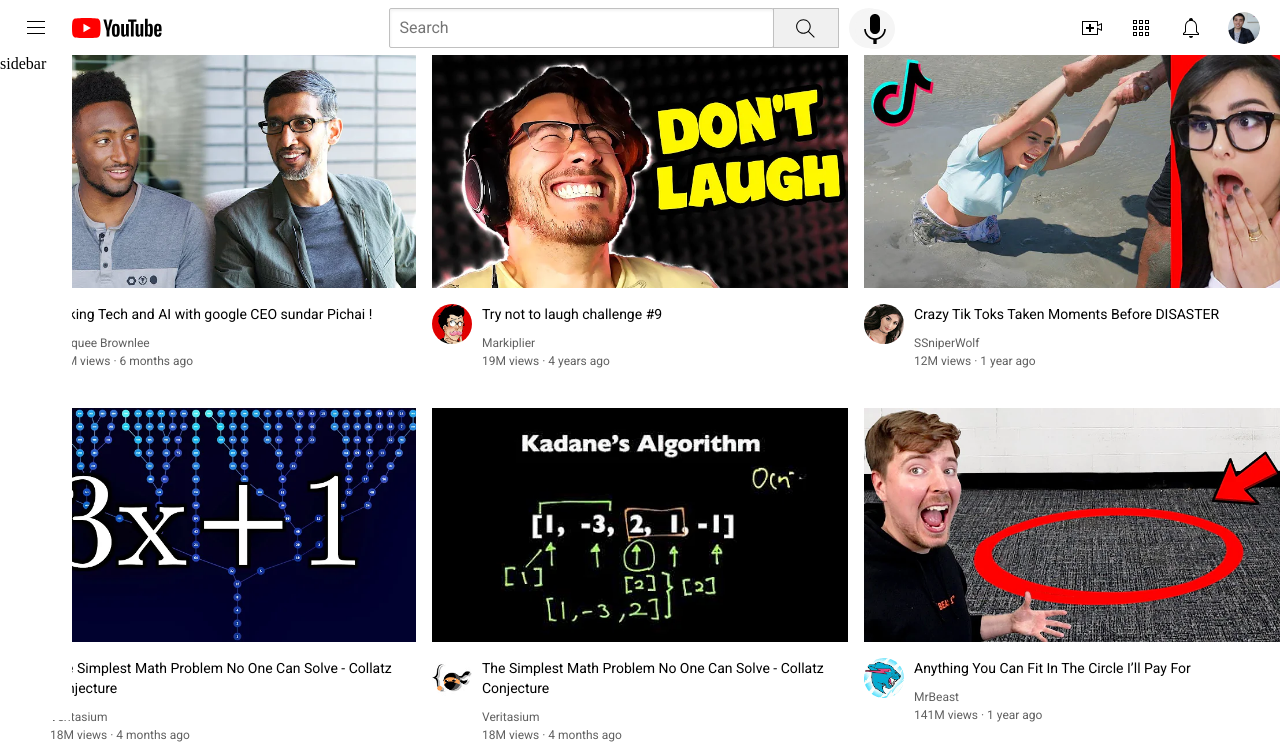
Repository: knowledgeAlan/html-css-fourteen
Page: youtube.html
These files come from the project's save history. The page is drawn as it stood at one moment and after the next save; the edit follows.
The browser window is 1280 px wide. The pictures show the whole page.

Above is the page before, as saved 2024-04-08 18:11:23.

After the next save:
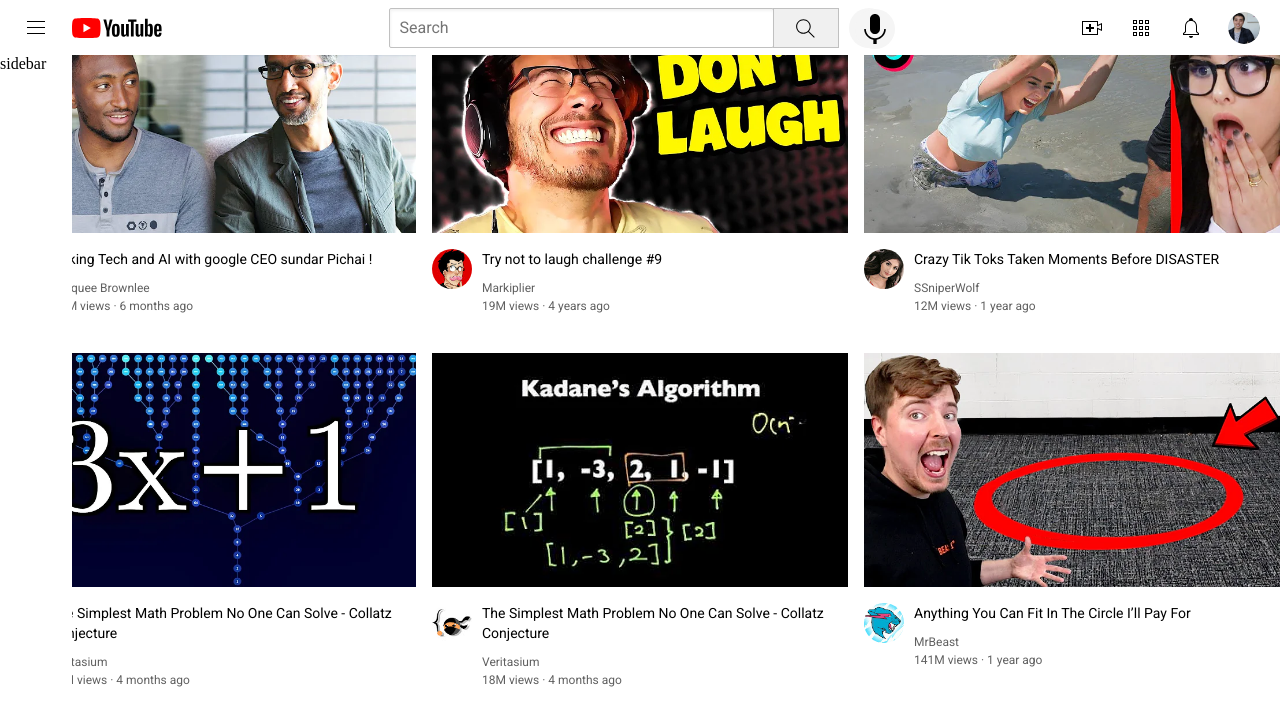
Saved 2 min 37 s later.
--- a/styles/header.css
+++ b/styles/header.css
@@ -4,6 +4,13 @@
     flex-direction: row;
     justify-content: space-between;
 
+    position: fixed;
+    top: 0;
+    left: 0;
+    left: 0;
+    right: 0;
+
+    background-color: white;
 
 }
 
